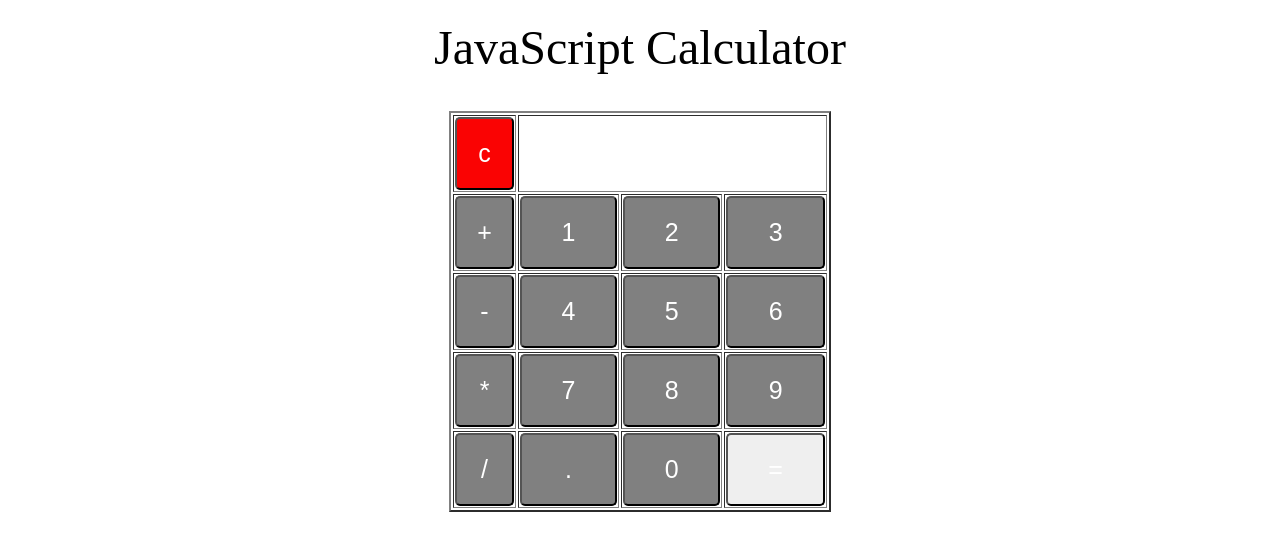
Repository: spidero7/Simple-Calculator
Page: index.html
An editor plug-in stored every save of this project. The page is shown before and after the next save, followed by the edit.
The browser window is 1280 px wide. The pictures show the whole page.

Above is the page before, as saved 2021-09-15 08:39:20.

After the next save:
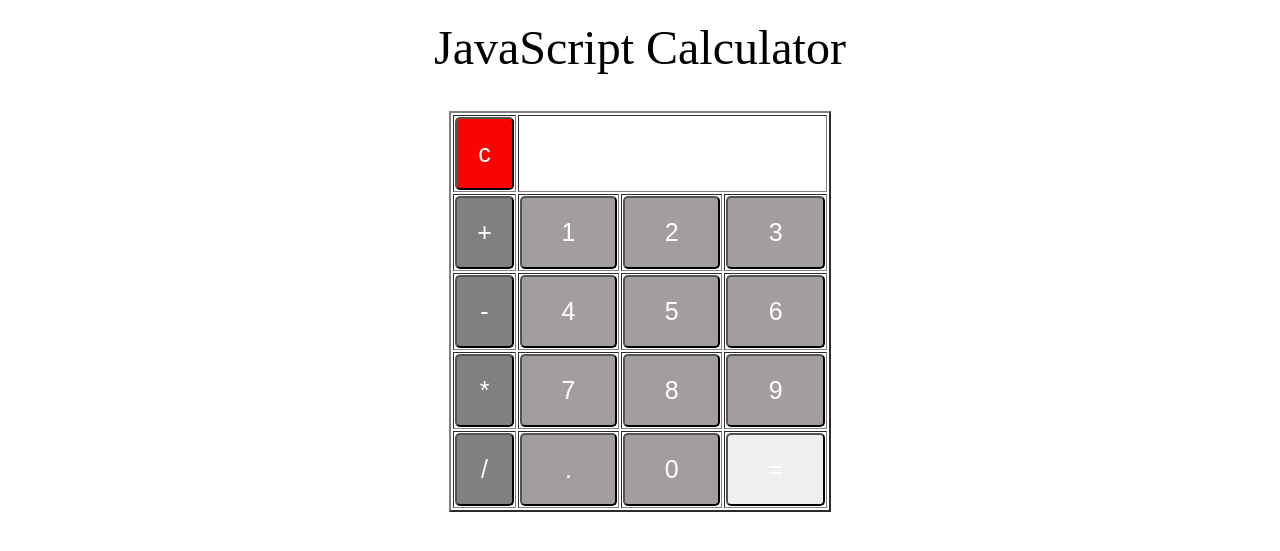
Saved 4 s later.
--- a/style.css
+++ b/style.css
@@ -53,5 +53,5 @@ input[value="c"] {
 }
 
 .numbers {
-    background-color: grey;
+    background-color: rgb(163, 157, 157);
 }
